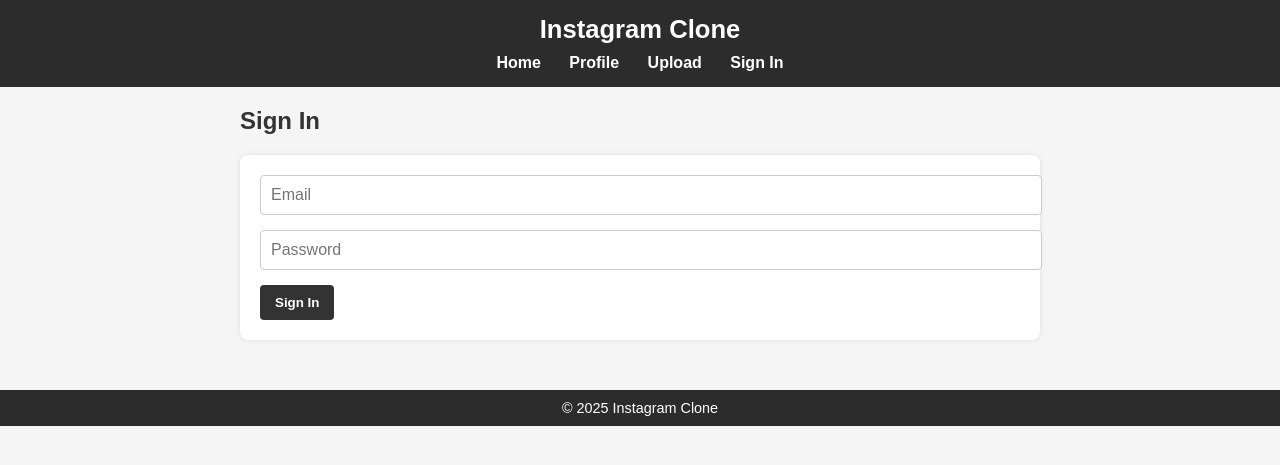
Repository: burhannaseer/CloudClips
Page: signin.html
The author's editor kept a copy of each file at every save. The page is drawn from the files as they stood at one save, then again after the next save.
The browser window is 1280 px wide. The pictures show the whole page.

Above is the page before, as saved 2025-05-06 03:01:58.

### signin.html
<!DOCTYPE html>
<html lang="en">
<head>
  <meta charset="UTF-8">
  <meta name="viewport" content="width=device-width, initial-scale=1.0">
  <title>Instagram Clone - Sign In</title>
  <link rel="stylesheet" href="styles.css">
</head>
<body>
  <header>
    <div class="container">
      <h1>Instagram Clone</h1>
      <nav>
        <a href="index.html">Home</a>
        <a href="profile.html">Profile</a>
        <a href="upload.html">Upload</a>
        <a href="signin.html">Sign In</a>
      </nav>
    </div>
  </header>

  <main class="container">
    <h2>Sign In</h2>
    <form id="signinForm">
      <input type="email" id="emailSignIn" placeholder="Email" required />
      <input type="password" id="passwordSignIn" placeholder="Password" required />
      <button type="submit">Sign In</button>
    </form>
  </main>

  <footer>
    <div class="container">&copy; 2025 Instagram Clone</div>
  </footer>

  <script src="script.js"></script>
</body>
</html>

### styles.css
/* Clean Classic Instagram Clone Theme */

body {
  font-family: Arial, sans-serif;
  background-color: #f5f5f5;
  color: #333;
  margin: 0;
  padding: 0;
}

.container {
  width: 90%;
  max-width: 800px;
  margin: 0 auto;
}

header {
  background-color: #2c2c2c;
  color: white;
  padding: 15px 0;
  text-align: center;
}

header h1 {
  margin: 0;
  font-size: 1.6em;
}

header nav {
  margin-top: 10px;
}

header nav a {
  color: white;
  text-decoration: none;
  margin: 0 12px;
  font-weight: bold;
}

header nav a:hover {
  text-decoration: underline;
}

main {
  margin-top: 30px;
}

form {
  background-color: white;
  padding: 20px;
  border-radius: 8px;
  margin-bottom: 30px;
  box-shadow: 0 0 5px rgba(0, 0, 0, 0.1);
}

input, textarea {
  width: 100%;
  margin-bottom: 15px;
  padding: 10px;
  font-size: 1rem;
  border: 1px solid #ccc;
  border-radius: 4px;
}

input[type="file"] {
  padding: 6px;
}

button {
  padding: 10px 15px;
  background-color: #333;
  color: white;
  border: none;
  border-radius: 4px;
  font-weight: bold;
  cursor: pointer;
}

button:hover {
  background-color: #555;
}

.feed {
  display: flex;
  flex-direction: column;
  gap: 20px;
}

.post {
  background-color: white;
  border-radius: 10px;
  padding: 15px;
  box-shadow: 0 0 10px rgba(0,0,0,0.05);
}

.post h3 {
  margin-bottom: 10px;
  font-size: 1.2rem;
}

.post img,
.post video {
  width: 100%;
  border-radius: 6px;
  margin-bottom: 10px;
}

.post p {
  margin: 0 0 10px;
}

.actions {
  display: flex;
  justify-content: start;
  gap: 15px;
  font-size: 1.2rem;
}

.actions span {
  cursor: pointer;
}

.actions span:hover {
  opacity: 0.7;
}

footer {
  background-color: #2c2c2c;
  color: white;
  text-align: center;
  padding: 10px 0;
  margin-top: 50px;
  font-size: 0.9em;
}

/* Responsive */
@media (max-width: 600px) {
  header nav {
    display: flex;
    flex-direction: column;
    gap: 8px;
  }
}

### script.js
// Handle Sign Up
const signupForm = document.getElementById('signupForm');
if (signupForm) {
  signupForm.addEventListener('submit', function(e) {
    e.preventDefault();

    const firstName = document.getElementById('firstName').value;
    const lastName = document.getElementById('lastName').value;
    const email = document.getElementById('email').value;
    const phone = document.getElementById('phone').value;
    const password = document.getElementById('password').value;
    const confirmPassword = document.getElementById('confirmPassword').value;

    if (!firstName || !lastName || !email || !phone || !password || !confirmPassword) {
      alert('Please fill in all fields.');
      return;
    }

    if (password !== confirmPassword) {
      alert('Passwords do not match.');
      return;
    }

    const user = {
      firstName,
      lastName,
      email,
      phone,
      password,
    };

    localStorage.setItem('user', JSON.stringify(user));
    alert('Account created successfully!');
    window.location.href = 'signin.html';
  });
}

// Handle Sign In
const signinForm = document.getElementById('signinForm');
if (signinForm) {
  signinForm.addEventListener('submit', function(e) {
    e.preventDefault();

    const email = document.getElementById('emailSignIn').value;
    const password = document.getElementById('passwordSignIn').value;

    const user = JSON.parse(localStorage.getItem('user'));

    if (!user) {
      alert('No account found. Please sign up first.');
      return;
    }

    if (user.email === email && user.password === password) {
      alert('Sign In successful!');
      window.location.href = 'index.html';
    } else {
      alert('Incorrect email or password. Please try again.');
    }
  });
}

// Handle Post Upload
const form = document.getElementById('uploadForm');
if (form) {
  form.addEventListener('submit', function(e) {
    e.preventDefault();

    const title = document.getElementById('titleInput').value;
    const fileInput = document.getElementById('mediaInput');
    const description = document.getElementById('descriptionInput').value;
    const file = fileInput.files[0];
    const reader = new FileReader();

    reader.onload = function() {
      const post = {
        title,
        media: reader.result,
        type: file.type,
        description,
        likes: 0
      };

      const posts = JSON.parse(localStorage.getItem('posts')) || [];
      posts.unshift(post);
      localStorage.setItem('posts', JSON.stringify(posts));

      alert('Post uploaded!');
      window.location.href = 'index.html';
    };

    if (file) {
      reader.readAsDataURL(file);
    }
  });
}

function renderPosts(containerId) {
  const container = document.getElementById(containerId);
  if (!container) return;

  const posts = JSON.parse(localStorage.getItem('posts')) || [];
  posts.forEach((post, index) => {
    const div = document.createElement('div');
    div.className = 'post';

    const mediaTag = post.type.startsWith('video') ?
      `<video controls width="100%"><source src="${post.media}" type="${post.type}"></video>` :
      `<img src="${post.media}" alt="">`;

    div.innerHTML = `
      <h3>${post.title || 'Untitled'}</h3>
      ${mediaTag}
      <p>${post.description}</p>
      <div class="actions">
        <span onclick="likePost(${index})">❤️ ${post.likes}</span>
        <span title="Share">🔗</span>
        <span title="Save">💾</span>
      </div>
    `;
    container.appendChild(div);
  });
}

function likePost(index) {
  const posts = JSON.parse(localStorage.getItem('posts')) || [];
  posts[index].likes++;
  localStorage.setItem('posts', JSON.stringify(posts));
  location.reload();
}

renderPosts('feed');

After the next save:
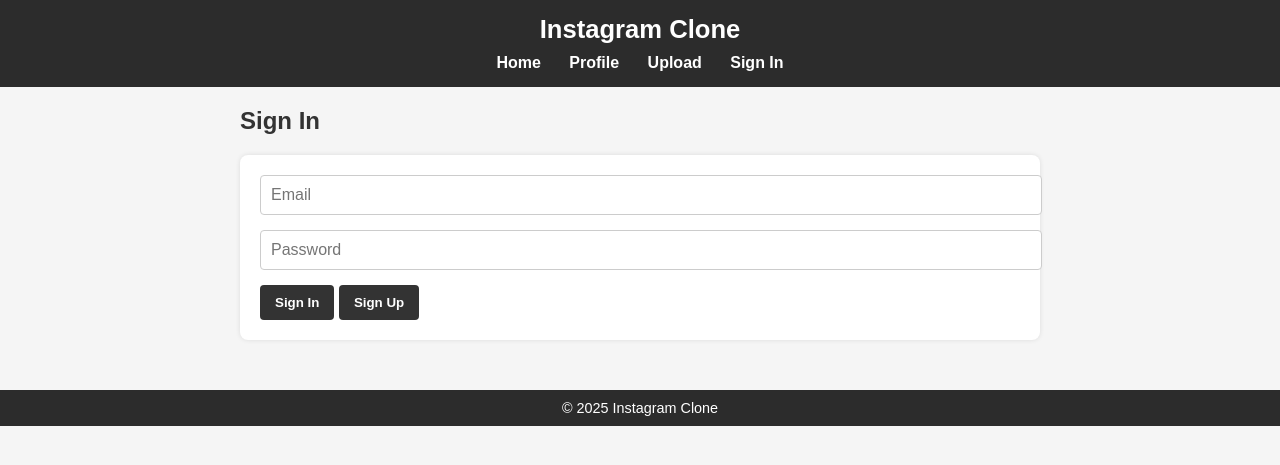
Saved 4 h 31 min later.
--- a/signin.html
+++ b/signin.html
@@ -25,6 +25,7 @@
       <input type="email" id="emailSignIn" placeholder="Email" required />
       <input type="password" id="passwordSignIn" placeholder="Password" required />
       <button type="submit">Sign In</button>
+      <button type="submit">Sign Up</button>
     </form>
   </main>
 
